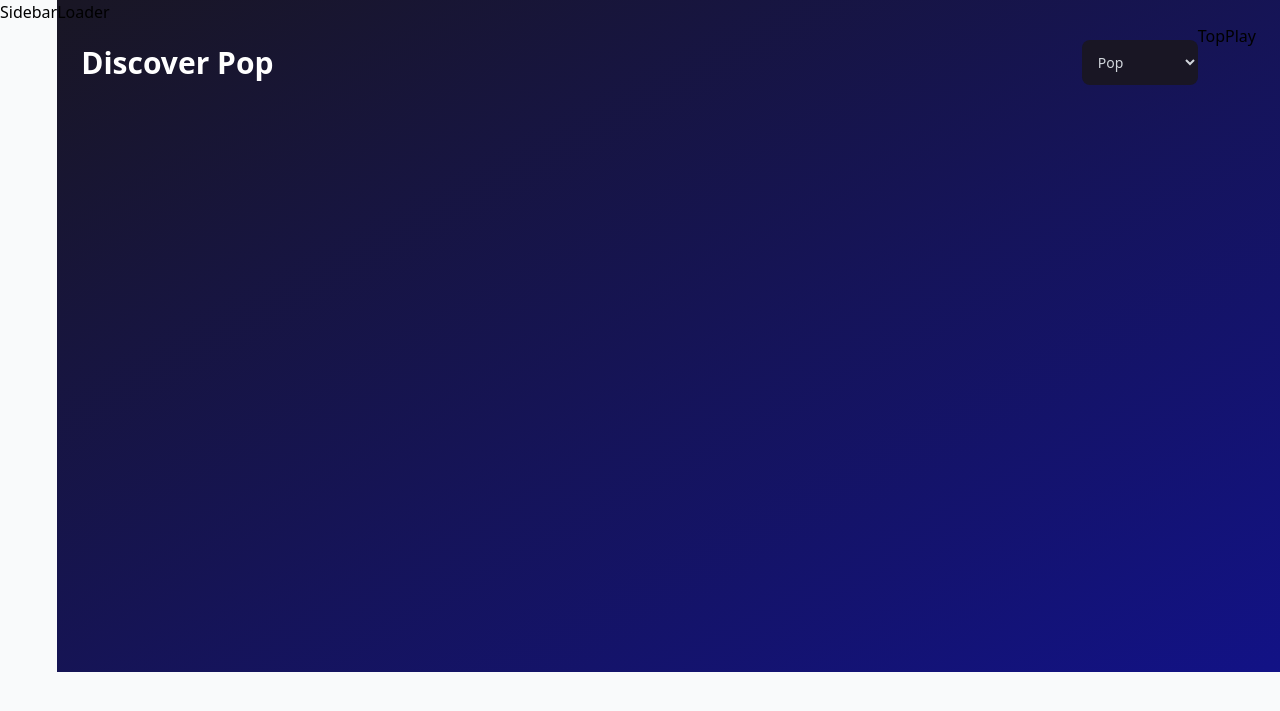
Repository: Goldmyn/GoldStarMusic
Page: /
These files come from the project's save history. The page is drawn as it stood at one moment and after a run of saves; the edit follows.
The browser window is 1280 px wide. The pictures show the whole page.
The page's requests for data from a server got no answer. The project was rebuilt for these pictures with package versions that can differ from the ones it lists, and the page was loaded fresh each time. No one was signed in, and anything a server would have sent is missing. Also part of the build but not shown: vite.config.js, src/components/SongCard.jsx, src/components/ArtistCard.jsx, src/components/DetailsHeader.jsx, src/components/PlayPause.jsx, src/components/SongBar.jsx, src/components/RelatedSongs.jsx, src/components/MusicPlayer/Controls.jsx and 12 more.

Above is the page before, as saved 2022-09-30 13:56:29.

### src/redux/features/playerSlice.js
import { createSlice } from '@reduxjs/toolkit';

const initialState = {
  currentSongs: [],
  currentIndex: 0,
  isActive: false,
  isPlaying: false,
  activeSong: {},
  genreListId: '',
};

const playerSlice = createSlice({
  name: 'player',
  initialState,
  reducers: {
    setActiveSong: (state, action) => {
      state.activeSong = action.payload.song;

      if (action.payload?.data?.tracks?.hits) {
        state.currentSongs = action.payload.data.tracks.hits;
      } else if (action.payload?.data?.properties) {
        state.currentSongs = action.payload?.data?.tracks;
      } else {
        state.currentSongs = action.payload.data;
      }

      state.currentIndex = action.payload.i;
      state.isActive = true;
    },

    nextSong: (state, action) => {
      if (state.currentSongs[action.payload]?.track) {
        state.activeSong = state.currentSongs[action.payload]?.track;
      } else {
        state.activeSong = state.currentSongs[action.payload];
      }

      state.currentIndex = action.payload;
      state.isActive = true;
    },

    prevSong: (state, action) => {
      if (state.currentSongs[action.payload]?.track) {
        state.activeSong = state.currentSongs[action.payload]?.track;
      } else {
        state.activeSong = state.currentSongs[action.payload];
      }

      state.currentIndex = action.payload;
      state.isActive = true;
    },

    playPause: (state, action) => {
      state.isPlaying = action.payload;
    },

    selectGenreListId: (state, action) => {
      state.genreListId = action.payload;
    },
  },
});

export const { setActiveSong, nextSong, prevSong, playPause, selectGenreListId } = playerSlice.actions;

export default playerSlice.reducer;

### src/redux/services/shazamCore.js
import { createApi, fetchBaseQuery } from "@reduxjs/toolkit/query/react";


    export const shazamCoreApi = createApi({
        reducerPath: "shazamCoreApi",
        baseQuery: fetchBaseQuery({
            baseUrl: 'https://shazam-core.p.rapidapi.com/v1',
            prepareHeaders: (headers) => {
                headers.set('X-RapidAPI-Key', 'c21f9797c3mshc39cf614e54c994p159b30jsn31f87ec805d6');

                return headers;
            },
        }),
        endpoints: (builder) => ({
            getTopCharts: builder.query({ query: () => '/charts/world'}),
        }),
    });

    export const {
        useGetTopChartsQuery,
    } = shazamCoreApi;

### src/pages/Discover.jsx
import { Error, Loader, SongCard } from "../components";
import { genres } from "../assets/constants";
import { useGetTopChartsQuery } from "../redux/services/shazamCore"

const Discover = () => {

    const { data, isFetching, error} = useGetTopChartsQuery();
    const genreTitle = "Pop";

    if(isFetching) return <Loader title="Loading songs..." />;

    if(error)

    return (

        <div className="flex flex-col">
            <div className="w-full flex justify-between items-center sm:flex-row flex-col mt-4 mb-10">
                <h2 className="font-bold text-3xl text-white text-left">
                    Discover {genreTitle}
                </h2>
                <select
                    onChange={() => {}}
                    value=""
                    className="bg-black text-gray-300 p-3 text-sm rounded-lg outline-none sm:mt-0 mt-5">
                        {genres.map((genre) => <option key={genre.value}
                        value={genre.value}>{genre.title}</option>)}
                </select>
            </div>

            <div className="flex flex-wrap sm:justify-start justify-center gap-8">
                {data?.map((song, i) => (
                    <SongCard
                        key={song.key}
                        song={song}
                        i={i}
                    />
                ))}
            </div>
        </div>
    );

};
export default Discover;

### src/assets/constants.js
import { HiOutlineHashtag, HiOutlineHome, HiOutlinePhotograph, HiOutlineUserGroup } from 'react-icons/hi';

export const genres = [
  { title: 'Pop', value: 'POP' },
  { title: 'Hip-Hop', value: 'HIP_HOP_RAP' },
  { title: 'Dance', value: 'DANCE' },
  { title: 'Electronic', value: 'ELECTRONIC' },
  { title: 'Soul', value: 'SOUL_RNB' },
  { title: 'Alternative', value: 'ALTERNATIVE' },
  { title: 'Rock', value: 'ROCK' },
  { title: 'Latin', value: 'LATIN' },
  { title: 'Film', value: 'FILM_TV' },
  { title: 'Country', value: 'COUNTRY' },
  { title: 'Worldwide', value: 'WORLDWIDE' },
  { title: 'Reggae', value: 'REGGAE_DANCE_HALL' },
  { title: 'House', value: 'HOUSE' },
  { title: 'K-Pop', value: 'K_POP' },
];

export const links = [
  { name: 'Discover', to: '/', icon: HiOutlineHome },
  { name: 'Around You', to: '/around-you', icon: HiOutlinePhotograph },
  { name: 'Top Artists', to: '/top-artists', icon: HiOutlineUserGroup },
  { name: 'Top Charts', to: '/top-charts', icon: HiOutlineHashtag },
];

Loaded but not shown: index.html (common file); src/index.jsx (common file); src/index.css (common file); src/App.jsx (common file); src/redux/store.js (common file); src/components/index.js (common file); src/pages/index.js (common file); src/components/Sidebar.jsx (common file); src/components/Searchbar.jsx (common file); src/components/TopPlay.jsx (common file); src/components/Loader.jsx (common file); tailwind.config.js (common file)

After the next 4 saves:
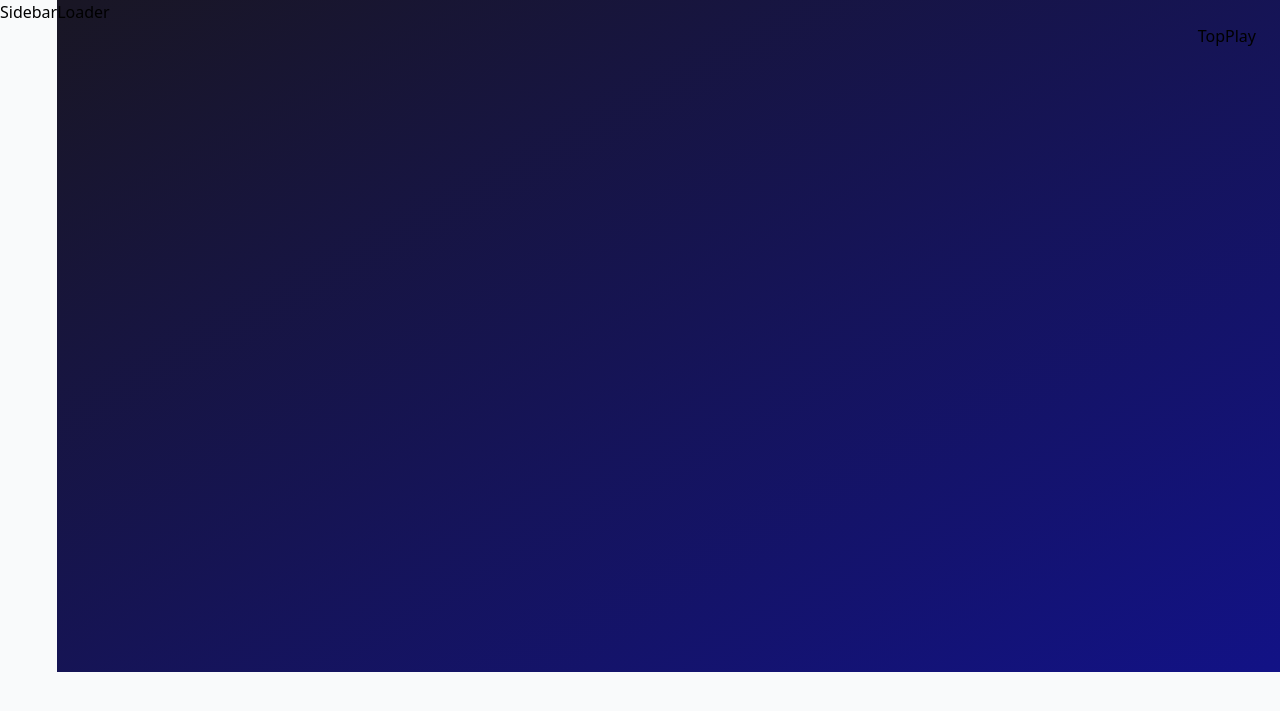
The 4 saves are shown as one change because they came seconds apart.
The last was saved 10 s later.
--- a/src/pages/Discover.jsx
+++ b/src/pages/Discover.jsx
@@ -7,9 +7,9 @@ const Discover = () => {
     const { data, isFetching, error} = useGetTopChartsQuery();
     const genreTitle = "Pop";
 
-    if(isFetching) return <Loader title="Loading songs..." />;
+    if (isFetching) return <Loader title="Loading songs..." />;
 
-    if(error)
+    if (error) return
 
     return (
 
